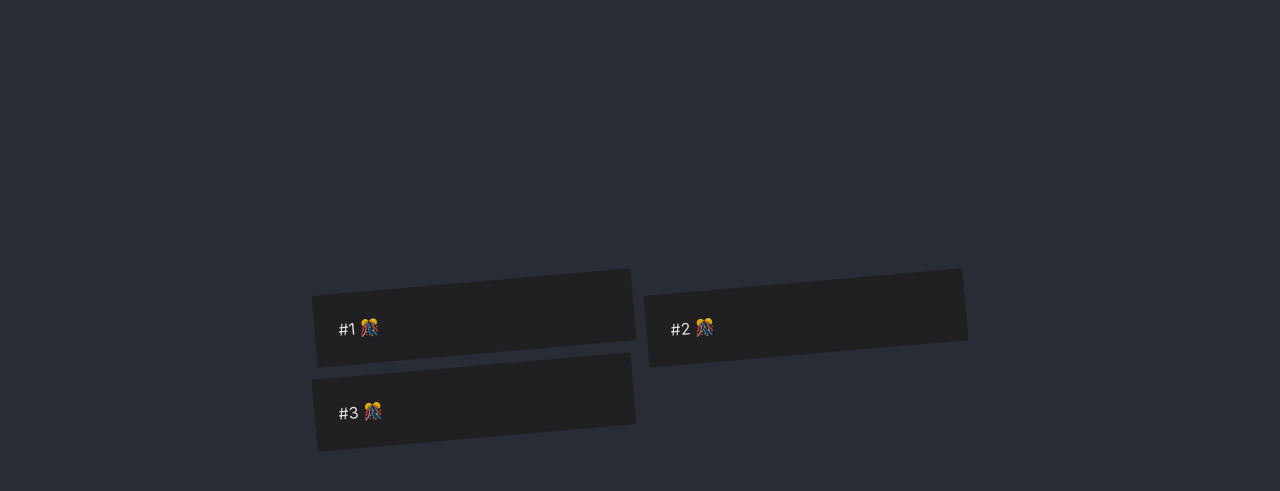
Repository: devsecops-node/simple-play
Page: /recomendations
The author's editor kept a copy of each file at every save. The page is drawn from the files as they stood at one save, then again after the next save.
The browser window is 1280 px wide. The pictures show the whole page.
The project was rebuilt for these pictures with package versions that can differ from the ones it lists, and the page was loaded fresh each time. The framework's server and built-in components were replaced by stand-ins that run in the browser. Also part of the build but not shown: next.config.mjs.

Above is the page before, as saved 2024-06-21 18:38:00.

### src/app/recomendations/page.tsx
import React from 'react'
import Container from '../_components/Container'
import { RecomendationUI } from '../_components/RecomendationsSearch'
import Card from '../_components/Card'
import styles from "../_styles/cards.module.css"

export interface RecomendationUI2 {
  id: number
  recomenda: string
}

const page = () => {
  const recom: RecomendationUI2[] = [
    { id: 1, recomenda: 'Cuando sonries, el mundo entero se detiene, es tan triste que no lo veas' },
    { id: 2, recomenda: 'Si me preguntas que si te ves bien, diria que no hay nada que cambiaria, eres increible, tal como eres' },
    { id: 3, recomenda: 'Ya deja de preocuparte, recuerda que' }]
  return (
    <Container>
      <div className={styles.container}>
        <div className={styles.cards}>
          {recom.map((dat) => (
            <Card key={dat.id} recomenda={dat} />
          ))}
        </div>
      </div>
    </Container>
  )
}

export default page

### src/app/globals.css
@tailwind base;
@tailwind components;
@tailwind utilities;

:root {
  --foreground-rgb: 0, 0, 0;
  --background-start-rgb: 214, 219, 220;
  --background-end-rgb: 255, 255, 255;
}

@media (prefers-color-scheme: dark) {
  :root {
    --foreground-rgb: 255, 255, 255;
    --background-start-rgb: 0, 0, 0;
    --background-end-rgb: 0, 0, 0;
  }
}

body {
  color: rgb(var(--foreground-rgb));
  background: linear-gradient(to bottom,
      transparent,
      rgb(var(--background-end-rgb))) rgb(var(--background-start-rgb));
}

@layer utilities {
  .text-balance {
    text-wrap: balance;
  }
}

input {
  color: black;
  padding: 3px 5px;
  border-radius: 0.125rem;
  -webkit-border-radius: 0.125rem;
  -moz-border-radius: 0.125rem;
  -ms-border-radius: 0.125rem;
  -o-border-radius: 0.125rem;
  font-size: 15px;
  border: none;
}

input[type=text]:focus {
  outline: 2px solid #0284c7;
}
/* Resource for Card */

### src/app/_components/Container.tsx
import React from 'react'

const Container = ({ children }: { children: React.ReactNode }) => {
  return (
    <div className='bg-[#282c34] h-screen text-white flex flex-col items-center justify-center'>
      {children}
    </div>
  )
}

export default Container

### src/app/_components/Card.tsx
"use client"
import React, { useState } from 'react'
import styles from "../_styles/cards.module.css"
import { RecomendationUI2 } from '../recomendations/page'

// h-[120px] w-[200px] cursor-pointer p-4 rounded-md bg-white shadow-md text-black transition-all duration-150 hover:scale-105
const Card = ({ recomenda }: { recomenda: RecomendationUI2 }) => {
  const [status, setStatus] = useState(false)
  return (
    <div className={styles.card} onMouseEnter={() => setStatus(true)} onMouseLeave={() => setStatus(false)}>
      <h2 className={styles.card_title}>#{recomenda.id} 🎊</h2>
      <p hidden={!status}>{recomenda.recomenda}</p>
    </div>
  )
}

export default Card

### src/app/_styles/cards.module.css
.container {
  height: 100%;
  width: 100%;
  padding: 1rem 0;
  display: grid;
  place-content: center;

  .cards {
    display: grid;
    grid-template-columns: repeat(2, 1fr);
    gap: 0.75rem;
    pointer-events: none;
  }
}
.card {
  width: 20rem;
  color: #ffffffda;
  padding: 1.5rem;
  background-color: #202022;
  pointer-events: auto;
  opacity: 1;
  transition: all 0.5s ease-in-out;
  display: flex;
  flex-direction: column;
  -webkit-transition: all 0.5s ease-in-out;
  -moz-transition: all 0.5s ease-in-out;
  -ms-transition: all 0.5s ease-in-out;
  -o-transition: all 0.5s ease-in-out;
  transform: rotate(-5deg);
}

.card:hover{
  transform: scale(1.5);
  -webkit-transform: scale(1.5);
  -moz-transform: scale(1.5);
  -ms-transform: scale(1.5);
  -o-transform: scale(1.5);
}

Loaded but not shown: src/app/layout.tsx (common file); tailwind.config.ts (common file)

After the next save:
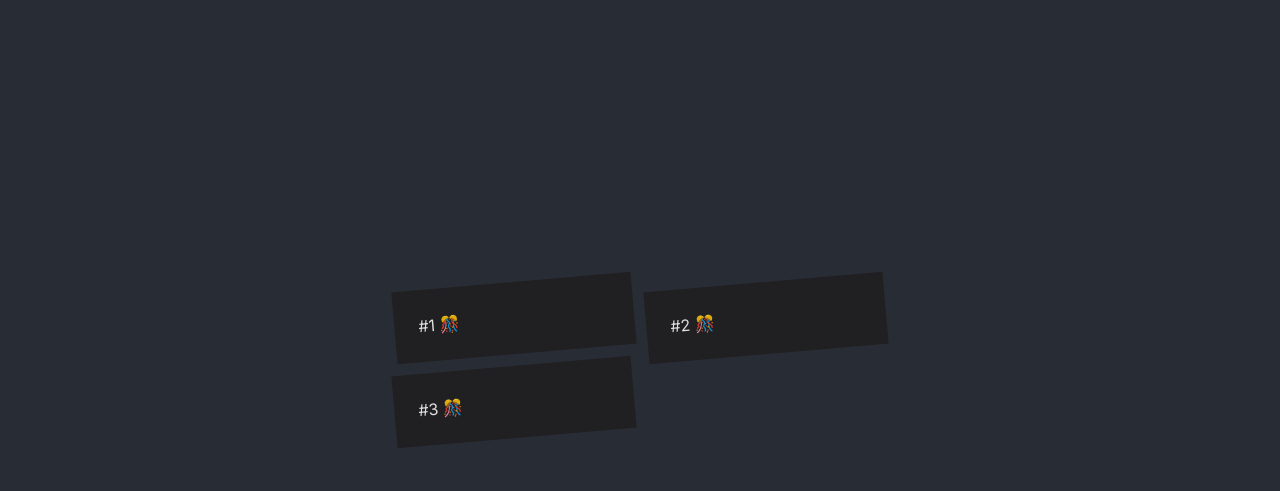
Saved 7 s later.
--- a/src/app/_styles/cards.module.css
+++ b/src/app/_styles/cards.module.css
@@ -13,7 +13,7 @@
   }
 }
 .card {
-  width: 20rem;
+  width: 15rem;
   color: #ffffffda;
   padding: 1.5rem;
   background-color: #202022;
